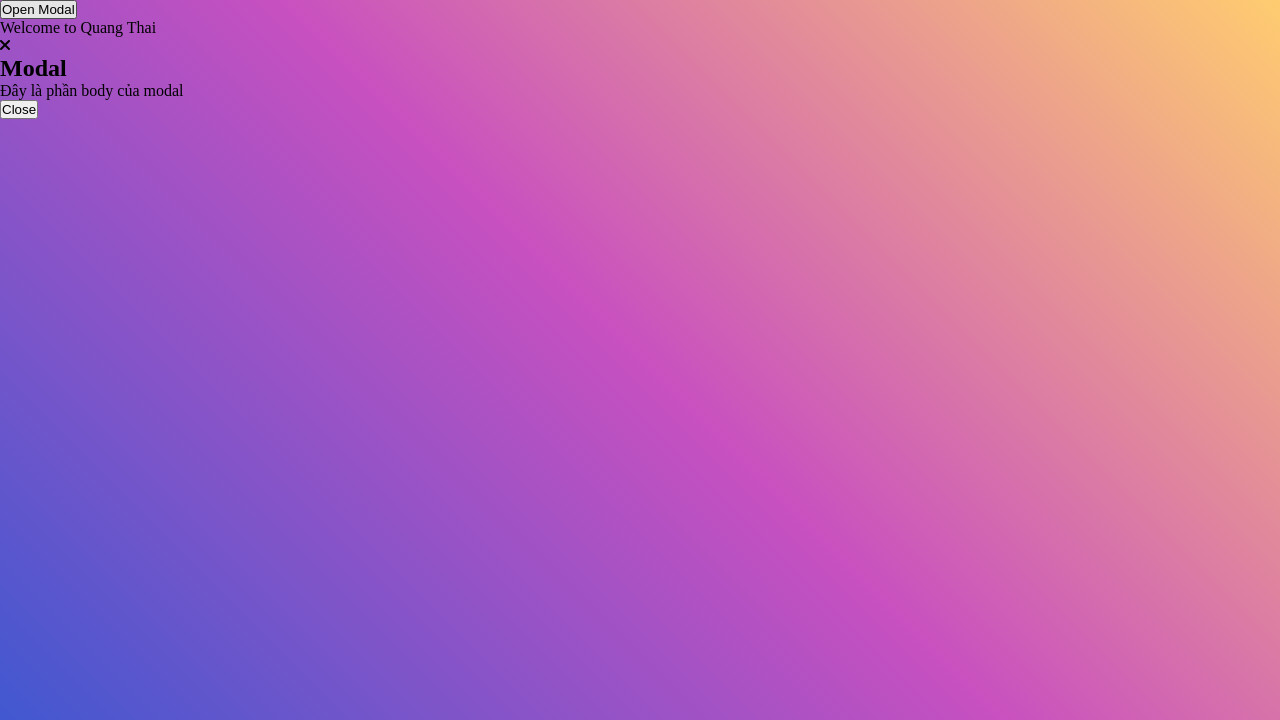
Repository: QUANGTHAI2003/modal
Page: index.html
These files come from the project's save history. The page is drawn as it stood at one moment and after the next save; the edit follows.
The browser window is 1280 px wide. The pictures show the whole page.

Above is the page before, as saved 2022-02-28 21:30:34.

### index.html
<!DOCTYPE html>
<html lang="en">

<head>
    <meta charset="UTF-8">
    <meta http-equiv="X-UA-Compatible" content="IE=edge">
    <meta name="viewport" content="width=device-width, initial-scale=1.0">
    <title>Modal show</title>
    <link rel="stylesheet" href="https://cdnjs.cloudflare.com/ajax/libs/font-awesome/6.0.0/css/all.min.css">
    <link rel="stylesheet" href="./style.css">
</head>

<body>
    <button class="open-modal-btn">Open Modal</button>
    <div class="modal">
        <div class="modal_inner">
            <div class="modal__header">
                <p>Welcome to Quang Thai</p>
                <i class="fas fa-times"></i>
            </div>
            <div class="modal__body">
                <h2>Modal</h2>
                <p>Đây là phần body của modal</p>
            </div>
            <div class="modal__footer">
                <button>Close</button>
            </div>
        </div>
    </div>
    <script src="./app.js"></script>
</body>

</html>

### style.css
* {
    margin: 0;
    padding: 0;
    box-sizing: border-box;
}

body {
    height: 100vh;
    overflow: hidden;
    background-image: linear-gradient(
        45deg,
        rgb(65, 88, 208) 0%,
        rgb(200, 80, 192) 50%,
        rgb(255, 204, 112) 100%
    );
}

Loaded but not shown: app.js (no stored copy; drawn as an empty file)

After the next save:
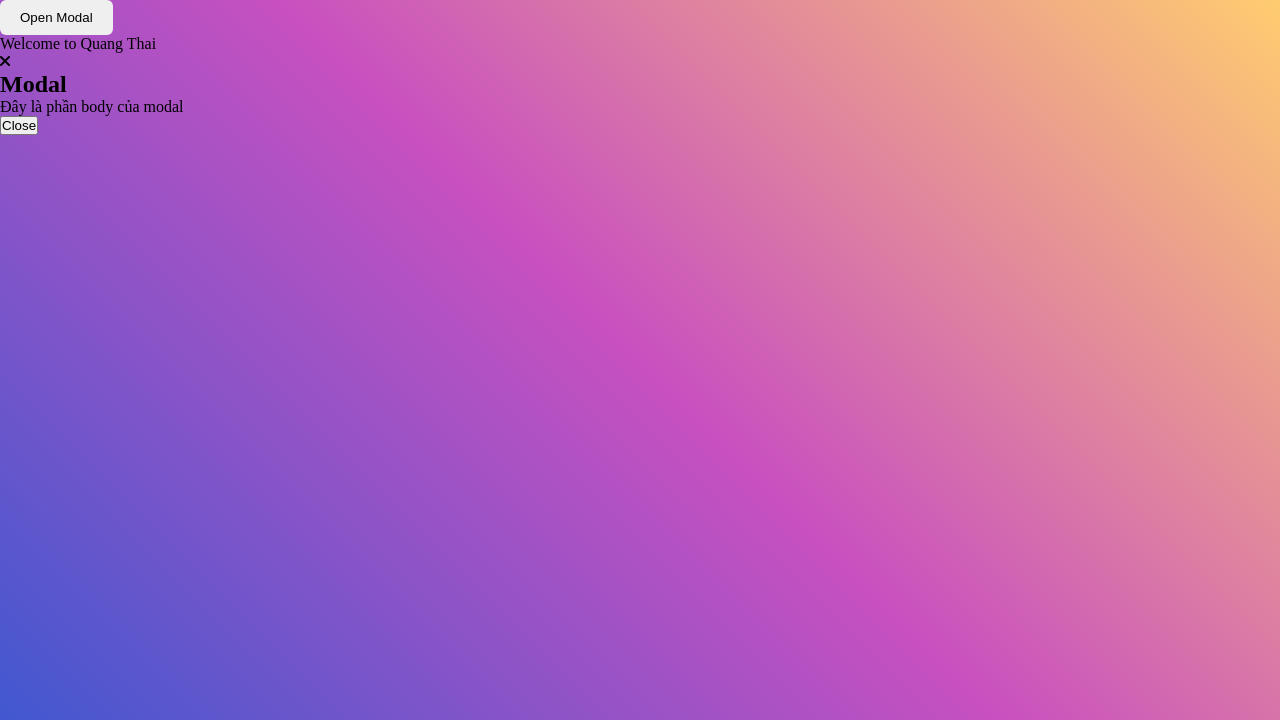
Saved 3 min 31 s later.
--- a/style.css
+++ b/style.css
@@ -14,3 +14,10 @@ body {
         rgb(255, 204, 112) 100%
     );
 }
+
+.open-modal-btn {
+    padding: 10px 20px;
+    border: none;
+    outline: none;
+    border-radius: 6px;
+}
